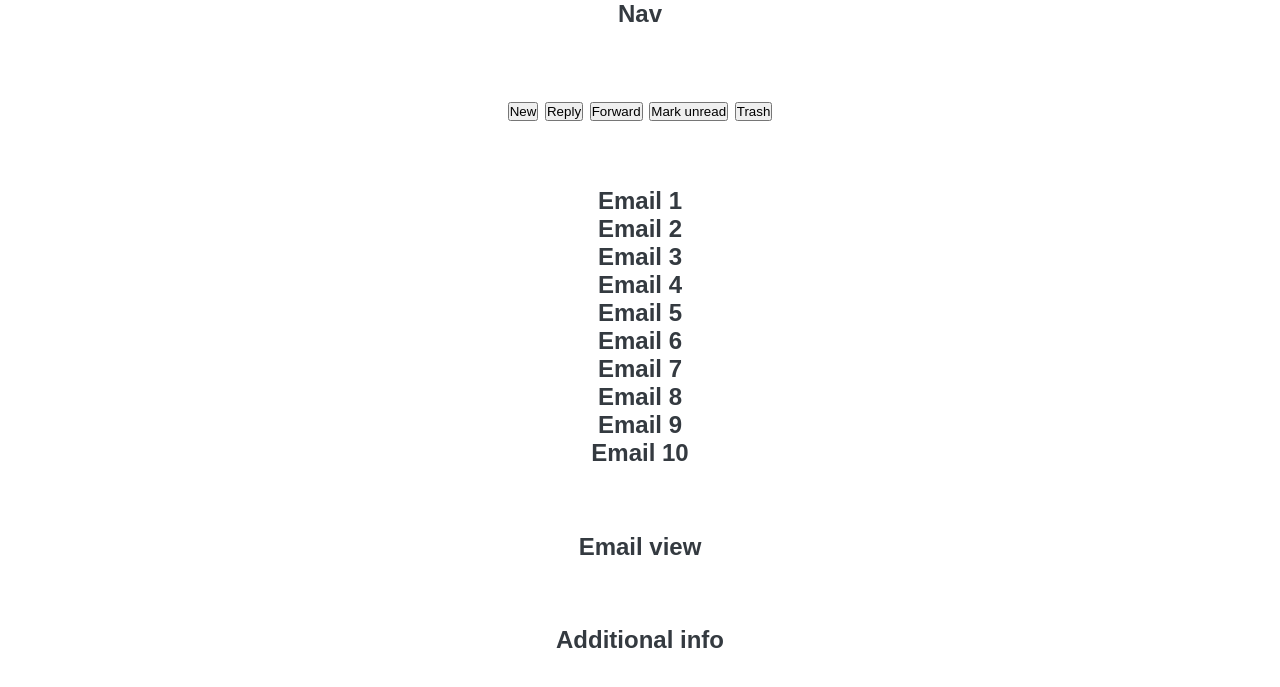
Repository: nghiakma/HTML-CSS-Fundamental
Page: Component_LayoutPatterns/applayout.html
An editor plug-in stored every save of this project. The page is shown before and after the next save, followed by the edit.
The browser window is 1280 px wide. The pictures show the whole page.

Above is the page before, as saved 2023-08-26 18:33:49.

After the next save:
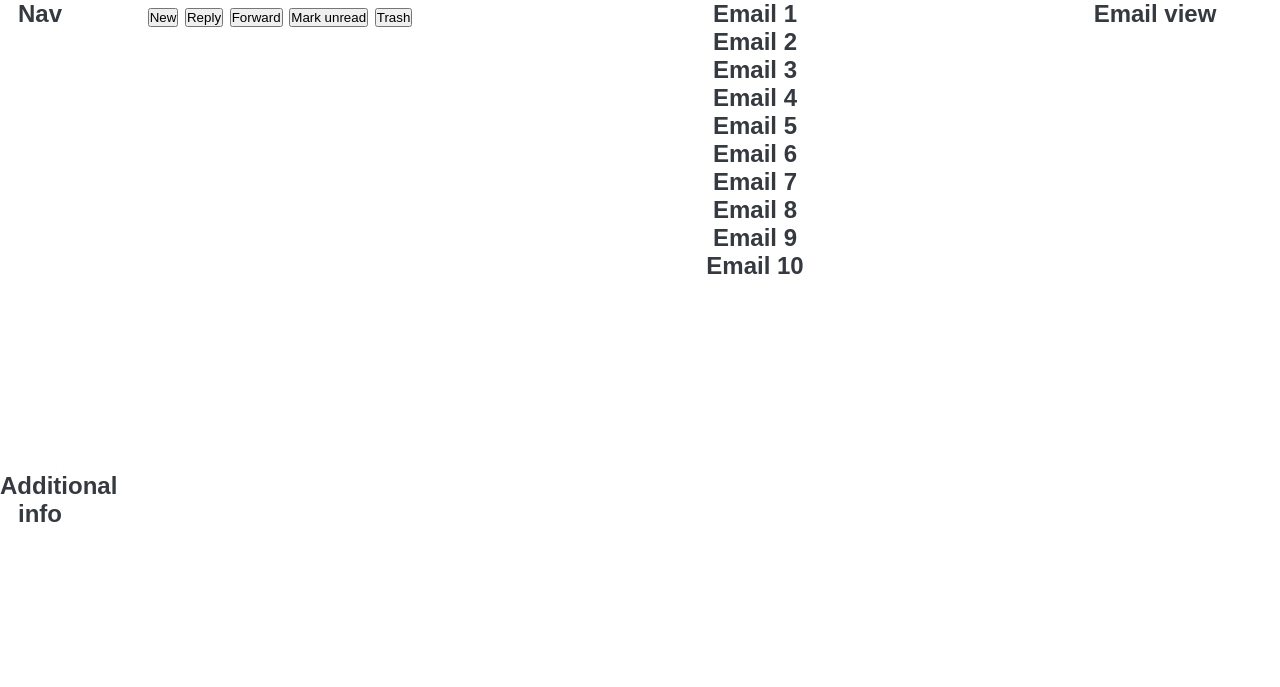
Saved 12 s later.
--- a/Component_LayoutPatterns/applayout.html
+++ b/Component_LayoutPatterns/applayout.html
@@ -20,7 +20,7 @@
       text-align: center;
       font-weight: bold;
       display: grid;
-
+      grid-template-columns: 80px 400px 1fr 250px;
     }
   </style>
 </head>
